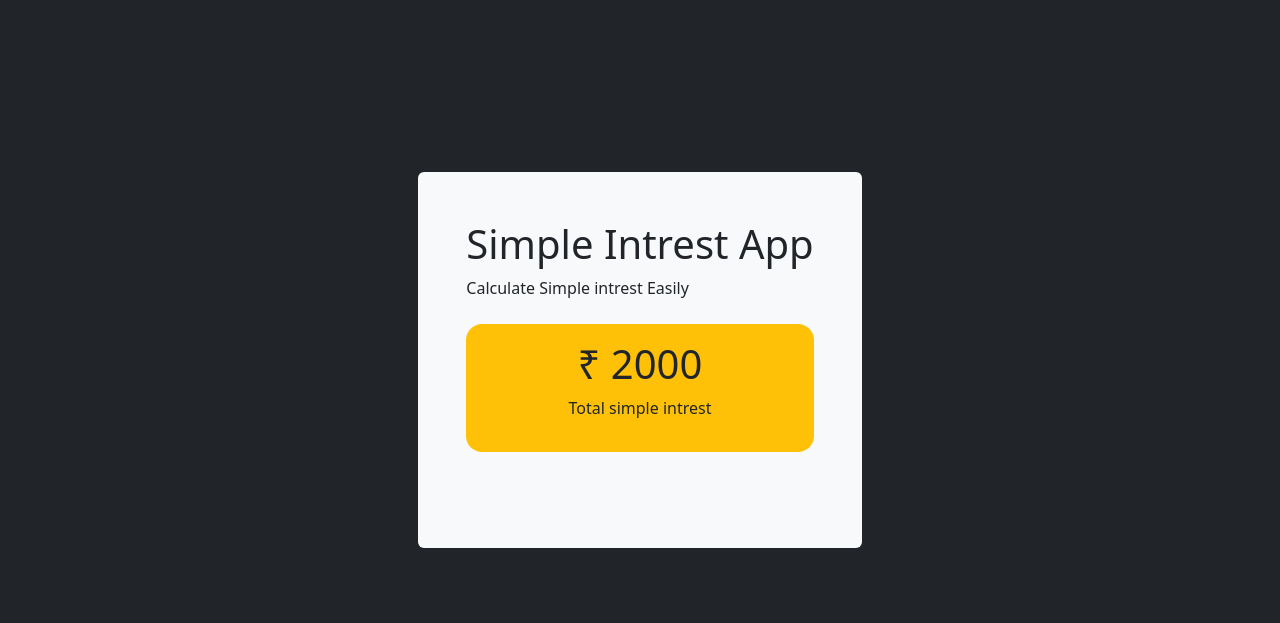
Repository: Afraz13/simple-intrest
Page: /
These files come from the project's save history. The page is drawn as it stood at one moment and after a run of saves; the edit follows.
The browser window is 1280 px wide. The pictures show the whole page.
The project was rebuilt for these pictures with package versions that can differ from the ones it lists, and the page was loaded fresh each time. Also part of the build but not shown: src/index.css, src/App.css.

Above is the page before, as saved 2024-07-15 20:37:38.

After the next 2 saves:
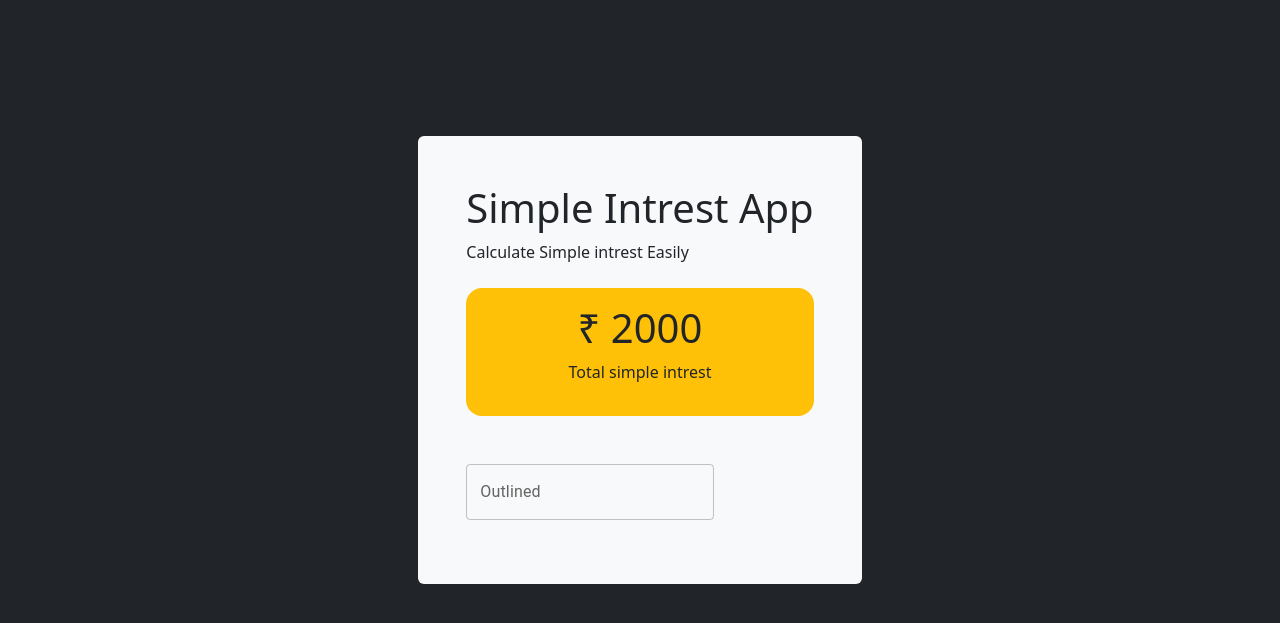
The 2 saves are shown as one change because 1 did not build or start.
The last was saved 3 min 10 s later.
--- a/src/App.js
+++ b/src/App.js
@@ -1,5 +1,6 @@
 
 import './App.css';
+import { TextField } from '@mui/material';
 
 function App() {
   return (
@@ -13,7 +14,7 @@ function App() {
     </div>
     <form action="" className='mt-5'>
      <div className='mb-3'>
-
+     <TextField id="outlined-basic" label="Outlined" variant="outlined" />
 
      </div>
     </form>
